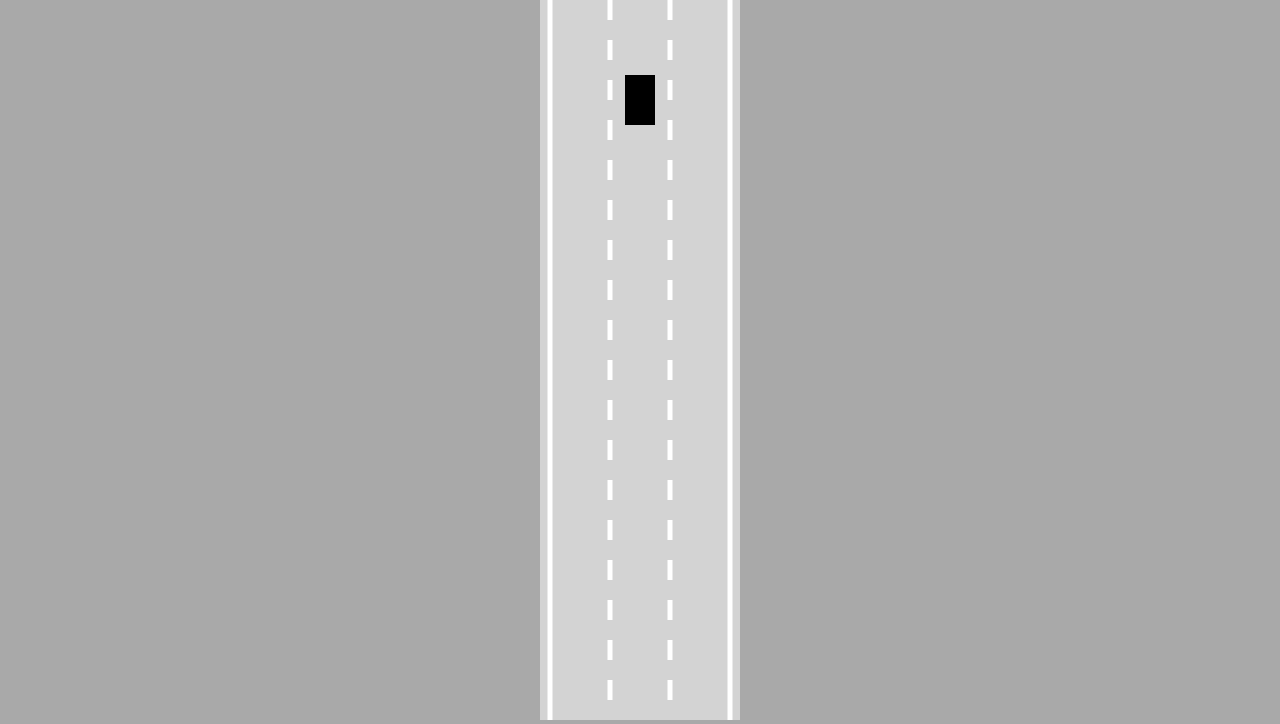
Repository: anonymous1508/Free_roam_car
Page: index.html
These files come from the project's save history. The page is drawn as it stood at one moment and after the next save; the edit follows.
The browser window is 1280 px wide. The pictures show the whole page.

Above is the page before, as saved 2023-09-04 10:14:30.

### index.html
<!DOCTYPE html>
<html lang="en">
<head>
    <meta charset="UTF-8">
    <meta name="viewport" content="width=device-width, initial-scale=1.0">
    <link rel="stylesheet" href="style.css">
    <title>car-driving</title>
</head>
<body>
    <canvas id="myCanvas"></canvas>


<script src="road.js">

</script><script src="controls.js"></script>

 <script src="car.js"></script>


 <script src="main.js"></script>

</body>
</html>

### style.css
body{
    margin:0;
    background:darkgray;
    overflow: hidden;
    text-align: center;
}
#myCanvas{
    background: lightgray;

}

### road.js
class Road{
    constructor(x,width,laneCount=3){
        this.x=x;
        this.width=width;
        this.laneCount=laneCount;

        this.left=x-width/2;
        this.right=x+width/2;

        const infinity=1000000;
        this.top=-infinity;
        this.bottom=infinity;

        const topLeft={x:this.left,y:this.top};
        const topRight={x:this.right,y:this.top};
        const bottomLeft={x:this.left,y:this.bottom};
        const bottomRight={x:this.right,y:this.bottom};
        this.borders=[
            [topLeft,bottomLeft],
            [topRight,bottomRight]
        ];
    }

    getLaneCenter(laneIndex){
        const laneWidth=this.width/this.laneCount;
        return this.left+laneWidth/2+
            Math.min(laneIndex,this.laneCount-1)*laneWidth;
    }

    draw(ctx){
        ctx.lineWidth=5;
        ctx.strokeStyle="white";

        for(let i=1;i<=this.laneCount-1;i++){
            const x=lerp(
                this.left,
                this.right,
                i/this.laneCount
            );

            ctx.setLineDash([20,20]);
            ctx.beginPath();
            ctx.moveTo(x,this.top);
            ctx.lineTo(x,this.bottom);
            ctx.stroke();
        }

        ctx.setLineDash([]);
        this.borders.forEach(border=>{
            ctx.beginPath();
            ctx.moveTo(border[0].x,border[0].y);
            ctx.lineTo(border[1].x,border[1].y);
            ctx.stroke();
        });
    }
}
function lerp(A,B,t){
    return A+(B-A)*t;
}

### controls.js
class Controls{
    constructor(){
        this.forward=false;
        this.left=false;
        this.right=false;
        this.reverse=false;

        this.#addKeyboardListeners();
    }

    #addKeyboardListeners(){
        document.onkeydown=(event)=>{
            switch(event.key){
                case "ArrowLeft":
                    this.left=true;
                    break;
                case "ArrowRight":
                    this.right=true;
                    break;
                case "ArrowUp":
                    this.forward=true;
                    break;
                case "ArrowDown":
                    this.reverse=true;
                    break;
            }
        }
        document.onkeyup=(event)=>{
            switch(event.key){
                case "ArrowLeft":
                    this.left=false;
                    break;
                case "ArrowRight":
                    this.right=false;
                    break;
                case "ArrowUp":
                    this.forward=false;
                    break;
                case "ArrowDown":
                    this.reverse=false;
                    break;
            }
        }
    }
}

### car.js
class Car{
    constructor(x,y,width,height){
        this.x=x;
        this.y=y;
        this.width=width;
        this.height=height;

        this.speed=0;
        this.acceleration=0.2;
        this.maxSpeed=3;
        this.friction=0.05;
        this.angle=0;

        this.controls=new Controls();
    }

    update(){
        this.#move();
    }

    #move(){
        if(this.controls.forward){
            this.speed+=this.acceleration;
        }
        if(this.controls.reverse){
            this.speed-=this.acceleration;
        }

        if(this.speed>this.maxSpeed){
            this.speed=this.maxSpeed;
        }
        if(this.speed<-this.maxSpeed/2){
            this.speed=-this.maxSpeed/2;
        }

        if(this.speed>0){
            this.speed-=this.friction;
        }
        if(this.speed<0){
            this.speed+=this.friction;
        }
        if(Math.abs(this.speed)<this.friction){
            this.speed=0;
        }

        if(this.speed!=0){
            const flip=this.speed>0?1:-1;
            if(this.controls.left){
                this.angle+=0.03*flip;
            }
            if(this.controls.right){
                this.angle-=0.03*flip;
            }
        }

        this.x-=Math.sin(this.angle)*this.speed;
        this.y-=Math.cos(this.angle)*this.speed;
    }

    draw(ctx){
        ctx.save();
        ctx.translate(this.x,this.y);
        ctx.rotate(-this.angle);

        ctx.beginPath();
        ctx.rect(
            -this.width/2,
            -this.height/2,
            this.width,
            this.height
        );
        ctx.fill();

        ctx.restore();
    }
}

### main.js


const canvas=document.getElementById("myCanvas");

canvas.width=200;


const ctx=canvas.getContext("2d");
const road= new Road(canvas.width/2,canvas.width*0.9)
const car=new Car(100,100,30,50);
animate();
function animate(){
    car.update();
    canvas.height=window.innerHeight;
    road.draw(ctx);
    car.draw(ctx);
    requestAnimationFrame(animate);
}

After the next save:
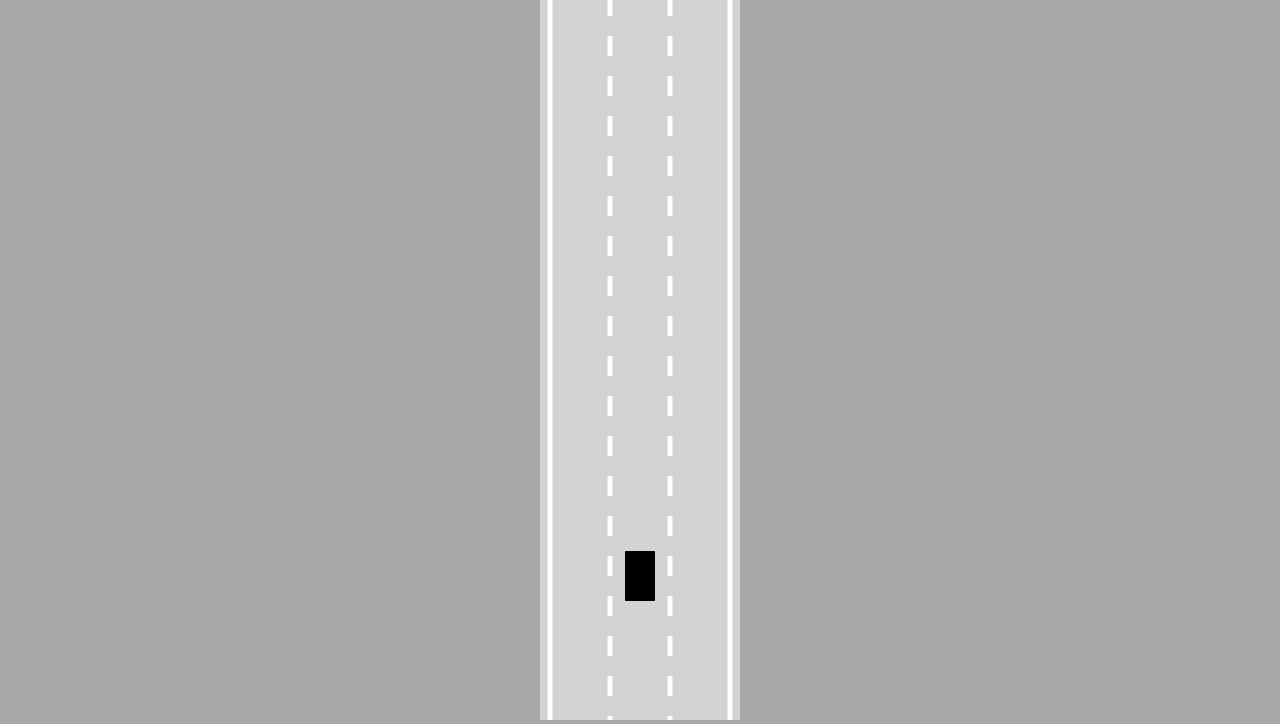
Saved 57 s later.
--- a/main.js
+++ b/main.js
@@ -1,18 +1,23 @@
-
-
 const canvas=document.getElementById("myCanvas");
-
 canvas.width=200;
 
+const ctx = canvas.getContext("2d");
+const road=new Road(canvas.width/2,canvas.width*0.9);
+const car=new Car(road.getLaneCenter(1),100,30,50);
 
-const ctx=canvas.getContext("2d");
-const road= new Road(canvas.width/2,canvas.width*0.9)
-const car=new Car(100,100,30,50);
 animate();
+
 function animate(){
     car.update();
+
     canvas.height=window.innerHeight;
+
+    ctx.save();
+    ctx.translate(0,-car.y+canvas.height*0.8);
+
     road.draw(ctx);
     car.draw(ctx);
+
+    ctx.restore();
     requestAnimationFrame(animate);
 }
